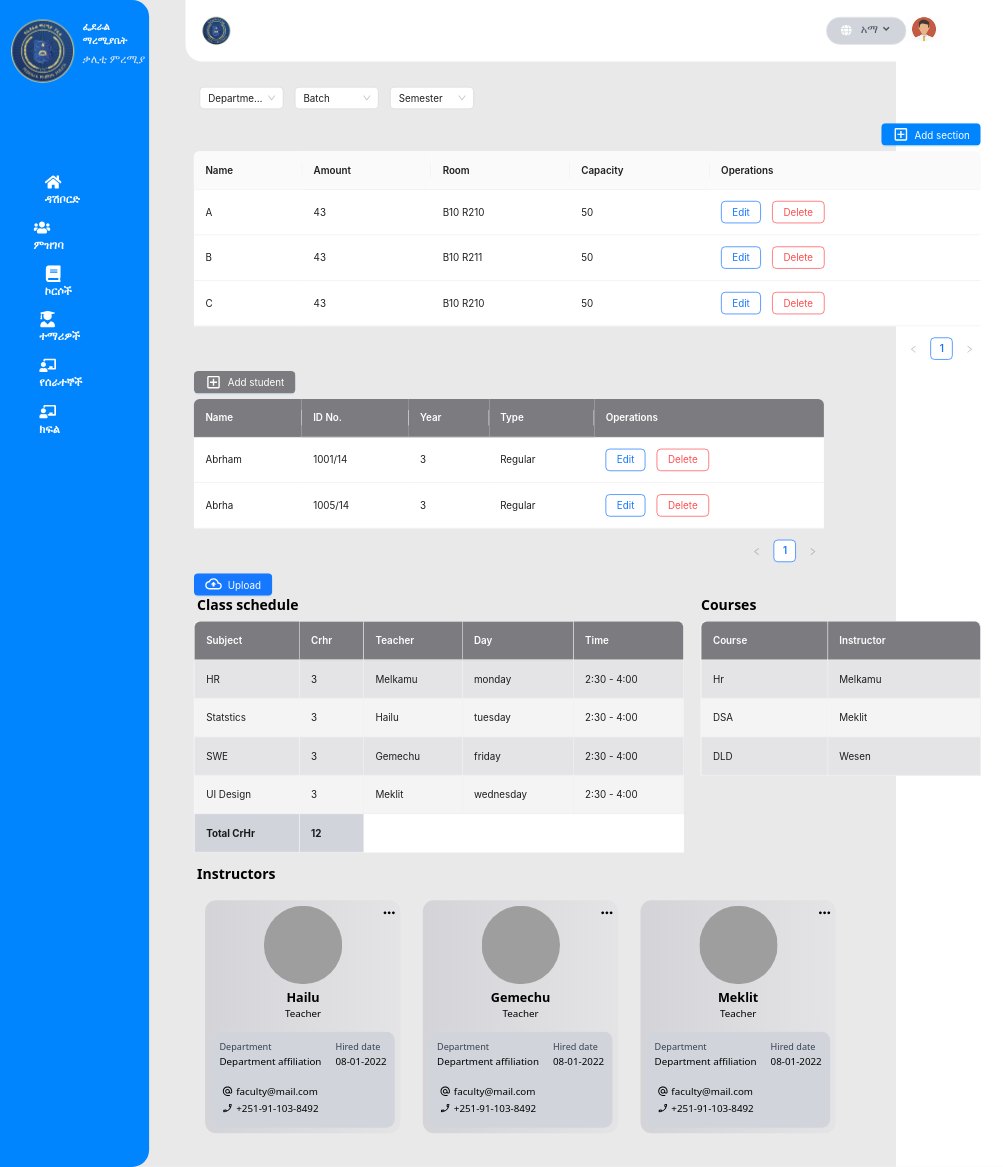
Repository: Yigoya/federal-prison-education-ms-frontend
Page: /classroom, after clicking the first element matching `td.ant-table-cell > a`
An editor plug-in stored every save of this project. The page is shown before and after the next save, followed by the edit.
The browser window is 1280 px wide. The page is 1433 px wide, so the pictures cover 1433 px, including what lies to the right of the window. The pictures show the whole page, at 70% of full size.
Pictures or frames that could not be fetched are drawn as grey boxes. The project was rebuilt for these pictures with package versions that can differ from the ones it lists, and the page was loaded fresh each time. Also part of the build but not shown: vite.config.js, src/pages/DashBoard.jsx, src/pages/Courses.jsx, src/layout/AuthLayout.jsx, src/pages/Login.jsx, src/pages/Teachers.jsx, src/pages/StudentRegistration.jsx, src/components/classroom/ComboBox.jsx and 1 more. Imported but missing from the stored project, and not drawn on this page: src/pages/Students.

Above is the page before, as saved 2024-07-05 15:45:31.

After the next save:
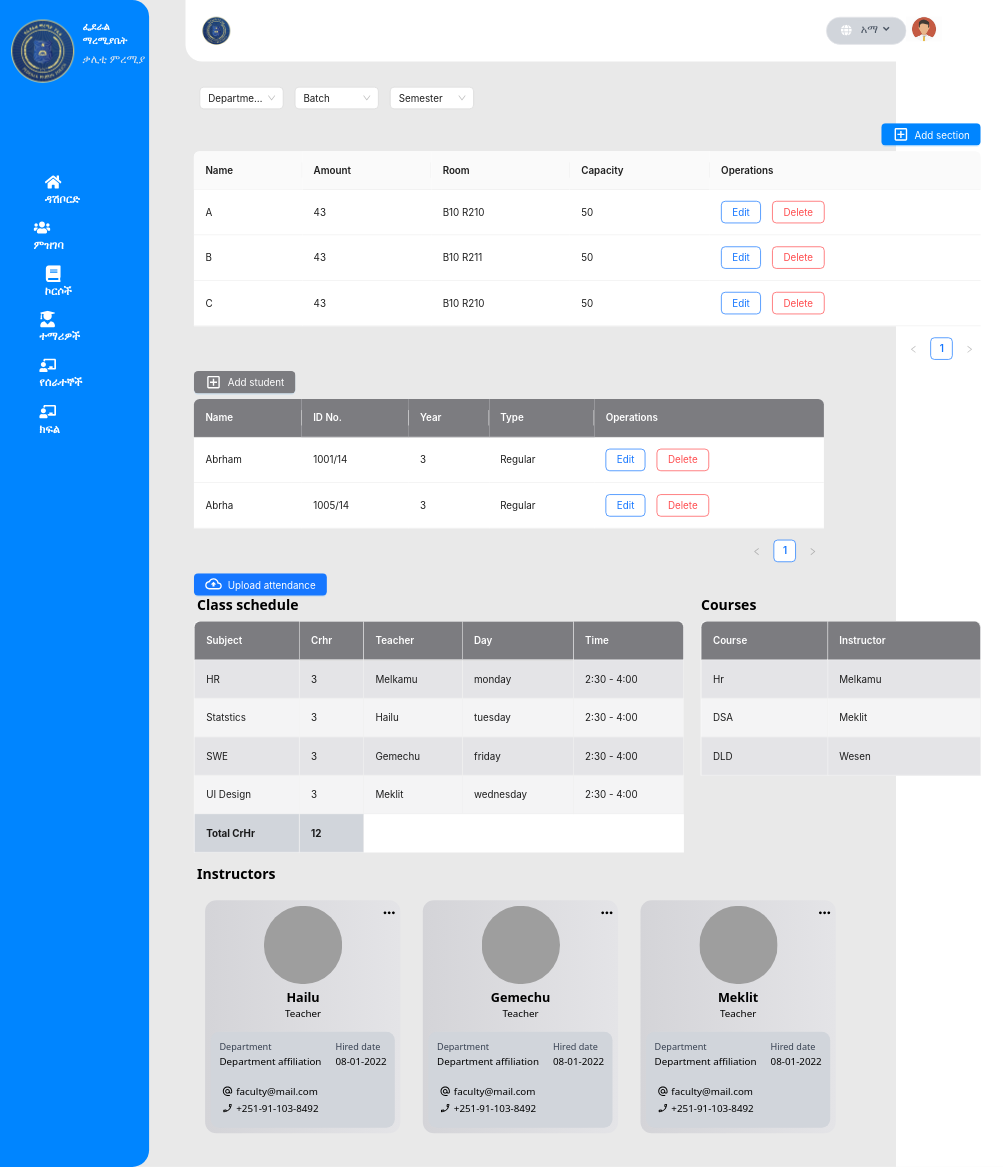
Saved 5 s later.
--- a/src/components/classroom/UploadCenter.jsx
+++ b/src/components/classroom/UploadCenter.jsx
@@ -4,7 +4,7 @@
 const UploadCenter = () => {
   return (
     <div>
-        <Button type="primary" icon={<CloudUploadOutlinedIcon />} > Upload </Button>
+        <Button type="primary" icon={<CloudUploadOutlinedIcon />} > Upload attendance</Button>
     </div>
   )
 }
